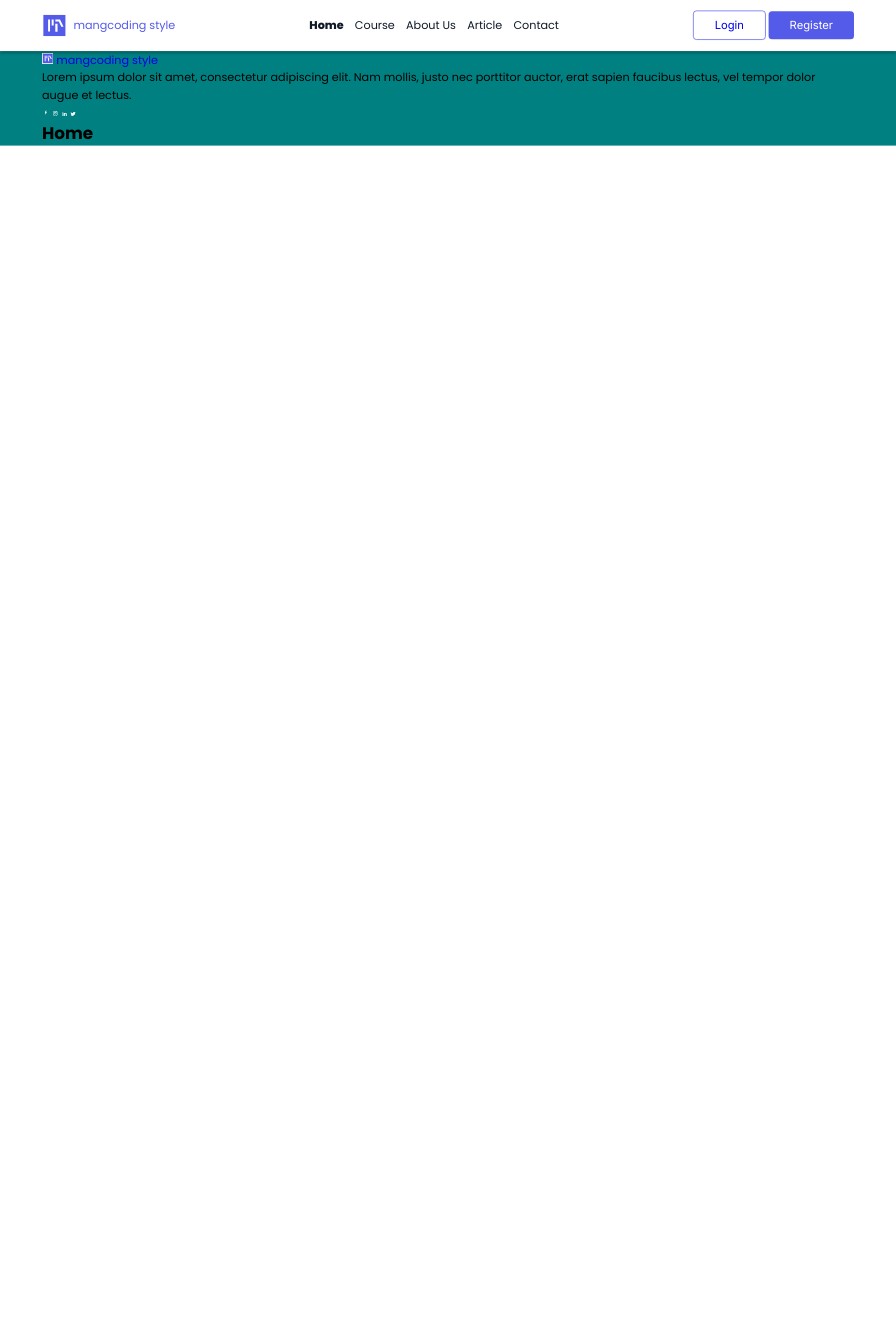
Repository: Dania-Alqam/landing-page
Page: index.html
An editor plug-in stored every save of this project. The page is shown before and after the next save, followed by the edit.
The browser window is 1280 px wide. The pictures show the part of the page from y = 0 to 1920 px (the page is 5000 px tall), at 70% of full size.

Above is the page before, as saved 2024-06-21 23:37:40.

After the next save:
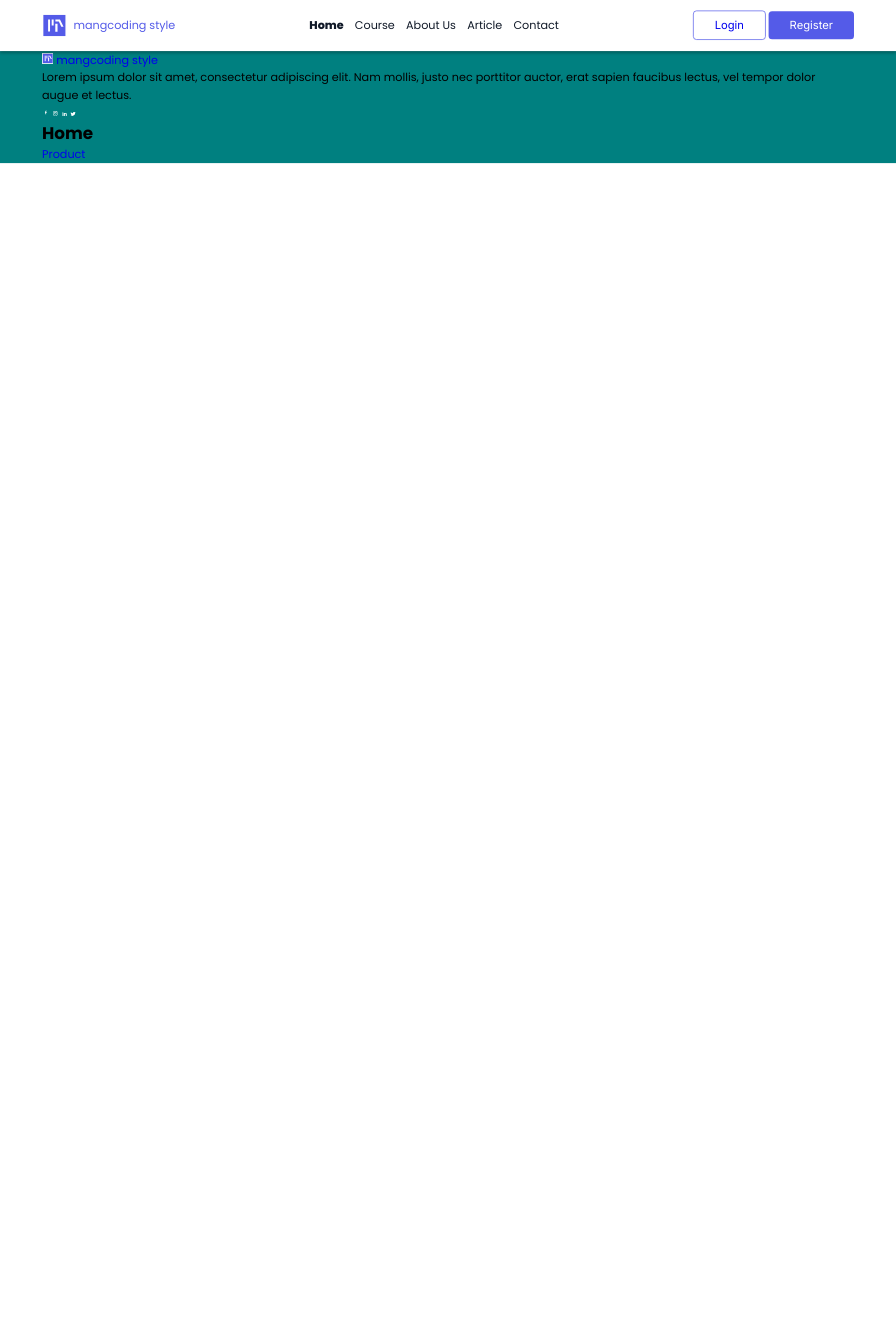
Saved 5 s later.
--- a/index.html
+++ b/index.html
@@ -71,7 +71,7 @@
                 </h2>
                 <ul>
                     <li>
-                        <a href="#"></a>
+                        <a href="#">Product</a>
                     </li>
                 </ul>
               </div>
